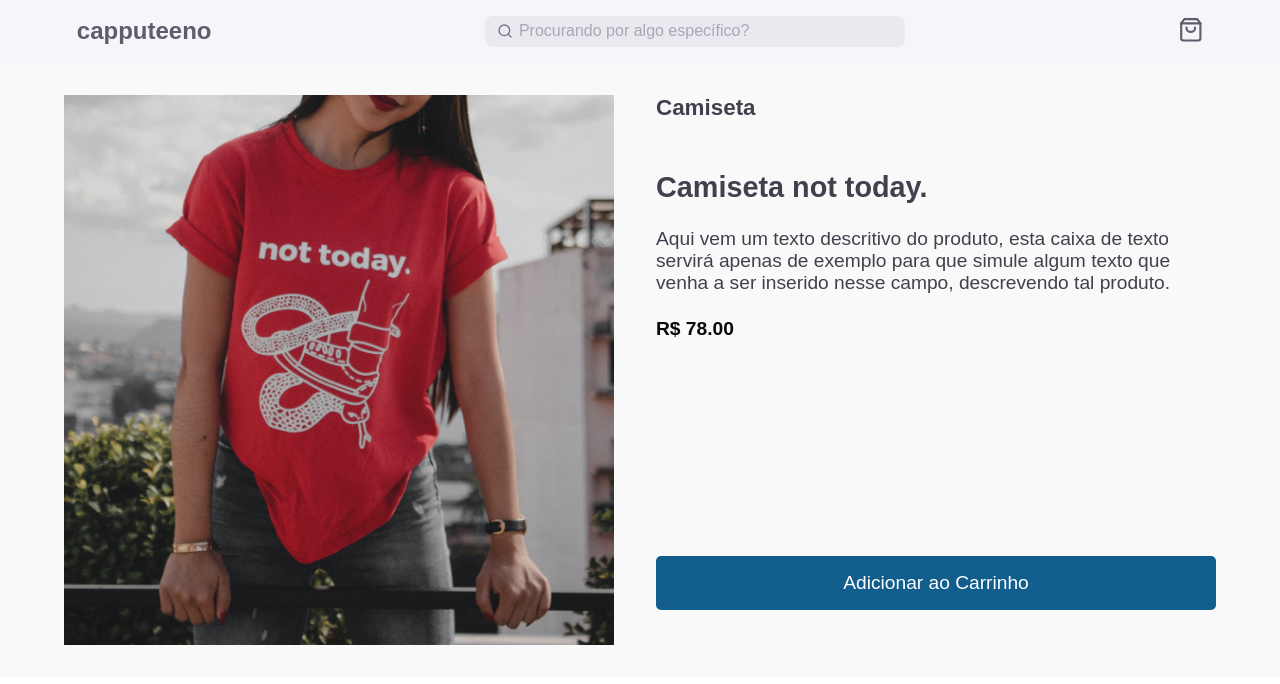
Repository: Biel-barbosa/capputeenoecomerce
Page: /product/1
The author's editor kept a copy of each file at every save. The page is drawn from the files as they stood at one save, then again after the next save.
The browser window is 1280 px wide. The pictures show the whole page.
The project was rebuilt for these pictures with package versions that can differ from the ones it lists, and the page was loaded fresh each time. The framework's server and built-in components were replaced by stand-ins that run in the browser. Also part of the build but not shown: next.config.ts.

Above is the page before, as saved 2025-04-25 14:48:10.

After the next save:
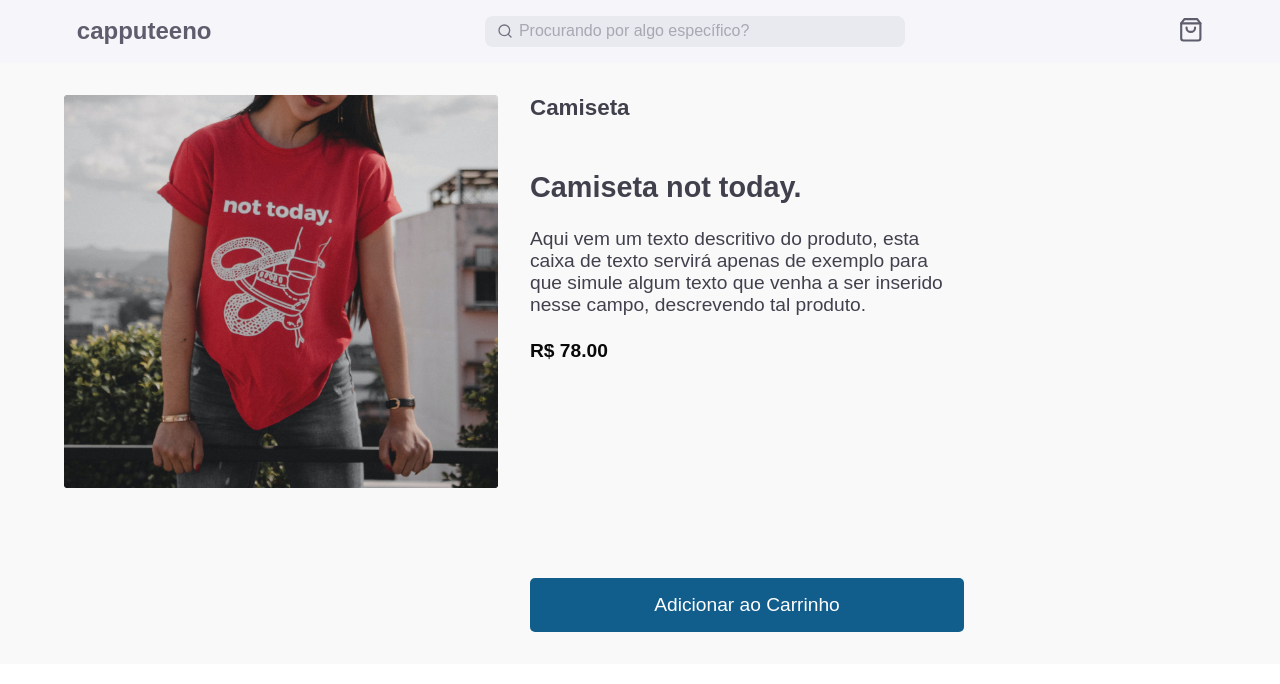
Saved 89 s later.
--- a/src/app/product/[id]/page.tsx
+++ b/src/app/product/[id]/page.tsx
@@ -14,9 +14,9 @@ const ProductPageContainer = styled.div`
   justify-content: center;
   flex-direction: column; /* Para telas pequenas */
 
-  /* Maior espaçamento nas laterais em telas maiores */
+  /* Ajustando espaçamento nas laterais para telas grandes */
   @media (min-width: 1024px) {
-    padding: 2rem 4rem; /* Mais espaçamento nas laterais */
+    padding: 2rem 4rem; /* Reduzindo o padding lateral */
   }
 `;
 
@@ -24,8 +24,8 @@ const ProductDetails = styled.div`
   display: grid;
   grid-template-columns: 1fr 1fr; /* Duas colunas */
   gap: 2rem;
-  max-width: 1200px;
   width: 100%;
+  max-width: 900px; /* Reduzindo a largura máxima */
 
   /* Ajuste para telas pequenas */
   @media (max-width: 768px) {
@@ -35,15 +35,10 @@ const ProductDetails = styled.div`
 `;
 
 const ProductImage = styled.img`
-  width: 550px; /* Diminuindo o tamanho da imagem */
-  height: 550px;
-  object-fit: cover; /* Garantindo que a imagem seja ajustada corretamente */
-
-  /* Ajuste para telas pequenas */
-  @media (max-width: 768px) {
-    width: 100%; /* Imagem ocupa toda a largura */
-    height: auto; /* Altura automática */
-  }
+  width: 100%; /* Agora ocupa toda a largura disponível */
+  max-width: 550px; /* Limita o tamanho máximo */
+  height: auto; /* Mantém a altura proporcional */
+  object-fit: cover;
 `;
 
 const ProductInfo = styled.div`

After the 2 saves that followed:
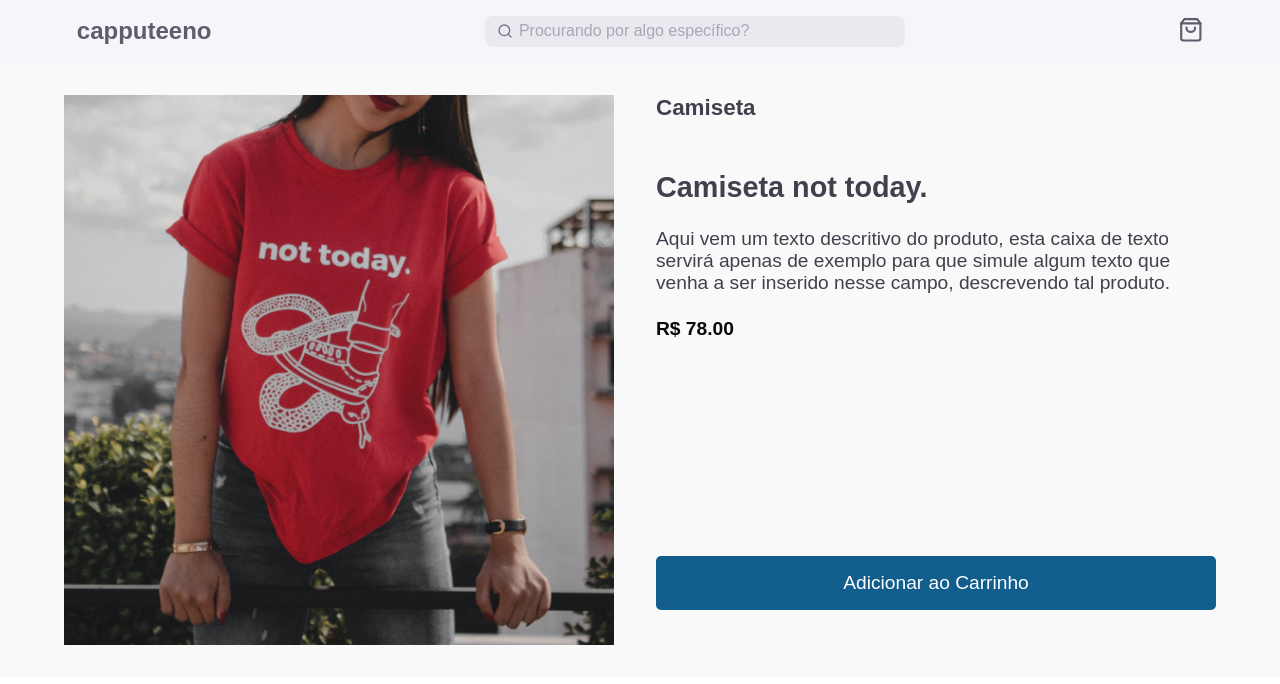
The 2 saves are shown as one change because 1 left the picture as it was.
The last was saved 61 s later.
--- a/src/app/product/[id]/page.tsx
+++ b/src/app/product/[id]/page.tsx
@@ -14,9 +14,9 @@ const ProductPageContainer = styled.div`
   justify-content: center;
   flex-direction: column; /* Para telas pequenas */
 
-  /* Ajustando espaçamento nas laterais para telas grandes */
+  /* Maior espaçamento nas laterais em telas maiores */
   @media (min-width: 1024px) {
-    padding: 2rem 4rem; /* Reduzindo o padding lateral */
+    padding: 2rem 4rem; /* Mais espaçamento nas laterais */
   }
 `;
 
@@ -24,8 +24,8 @@ const ProductDetails = styled.div`
   display: grid;
   grid-template-columns: 1fr 1fr; /* Duas colunas */
   gap: 2rem;
+  max-width: 1200px;
   width: 100%;
-  max-width: 900px; /* Reduzindo a largura máxima */
 
   /* Ajuste para telas pequenas */
   @media (max-width: 768px) {
@@ -35,10 +35,15 @@ const ProductDetails = styled.div`
 `;
 
 const ProductImage = styled.img`
-  width: 100%; /* Agora ocupa toda a largura disponível */
-  max-width: 550px; /* Limita o tamanho máximo */
-  height: auto; /* Mantém a altura proporcional */
-  object-fit: cover;
+  width: 550px; /* Diminuindo o tamanho da imagem */
+  height: 550px;
+  object-fit: cover; /* Garantindo que a imagem seja ajustada corretamente */
+
+  /* Ajuste para telas pequenas */
+  @media (max-width: 768px) {
+    width: 100%; /* Imagem ocupa toda a largura */
+    height: auto; /* Altura automática */
+  }
 `;
 
 const ProductInfo = styled.div`
